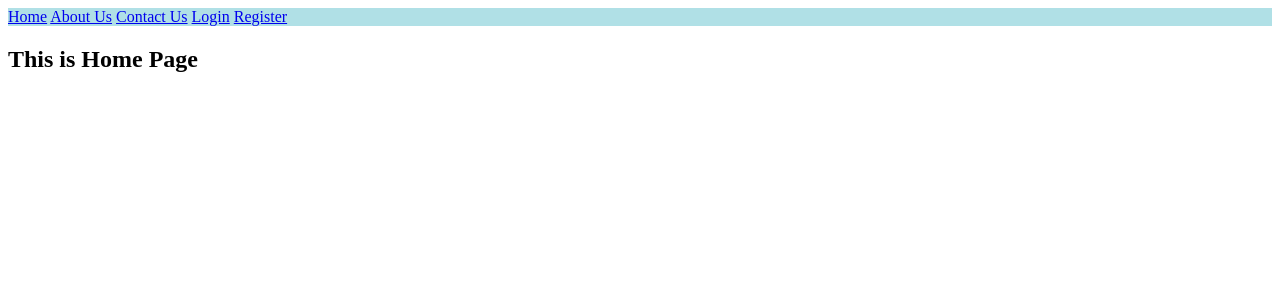
Repository: Mehakbatra496/Eclipse_Workspace
Page: http://localhost/G5_Springboot_LoginReg_ProfileApp/views/home.jsp
These files come from the project's save history. The page is drawn as it stood at one moment and after the next save; the edit follows.
The browser window is 1280 px wide. The pictures show the whole page.
The page is served by Tomcat 9. Other server files are loaded and not shown.

Above is the page before, as saved 2024-08-26 06:31:55.

### G5_Springboot_LoginReg_ProfileApp/src/main/webapp/views/home.jsp
<%@ page language="java" contentType="text/html; charset=ISO-8859-1"
    pageEncoding="ISO-8859-1"%>

<html>
    <head>
        <meta charset="ISO-8859-1">
        <title>Home</title>
        <style>

           .menubar_div {background-color: powderblue;}

        </style>
    </head>

    <body>

     			  <div class="menubar_div">
						<a href="homePage">Home</a>
						<a href="aboutUsPage">About Us</a>
						<a href="contactUsPage">Contact Us</a>
						<a href="loginPage">Login</a>
						<a href="registerPage">Register</a>
				  </div>
        <h2>This is Home Page</h2>
    </body>
</html>

After the next save:
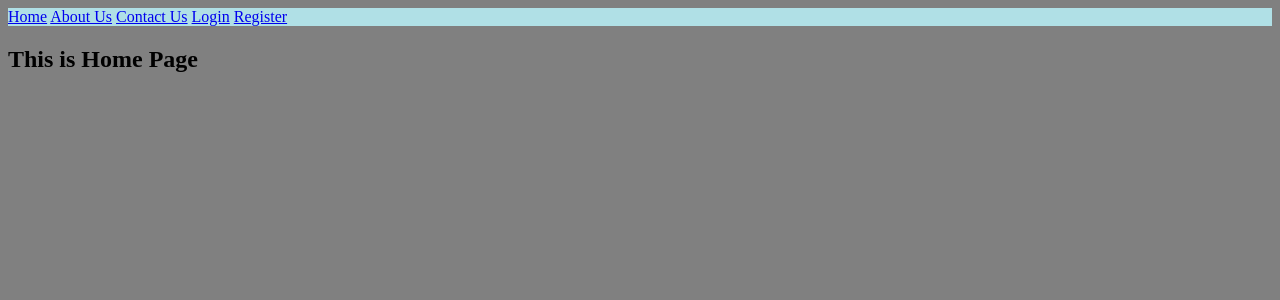
Saved 101 s later.
--- a/G5_Springboot_LoginReg_ProfileApp/src/main/webapp/views/home.jsp
+++ b/G5_Springboot_LoginReg_ProfileApp/src/main/webapp/views/home.jsp
@@ -12,7 +12,7 @@
         </style>
     </head>
 
-    <body>
+    <body style="background-color: gray">
 
      			  <div class="menubar_div">
 						<a href="homePage">Home</a>
